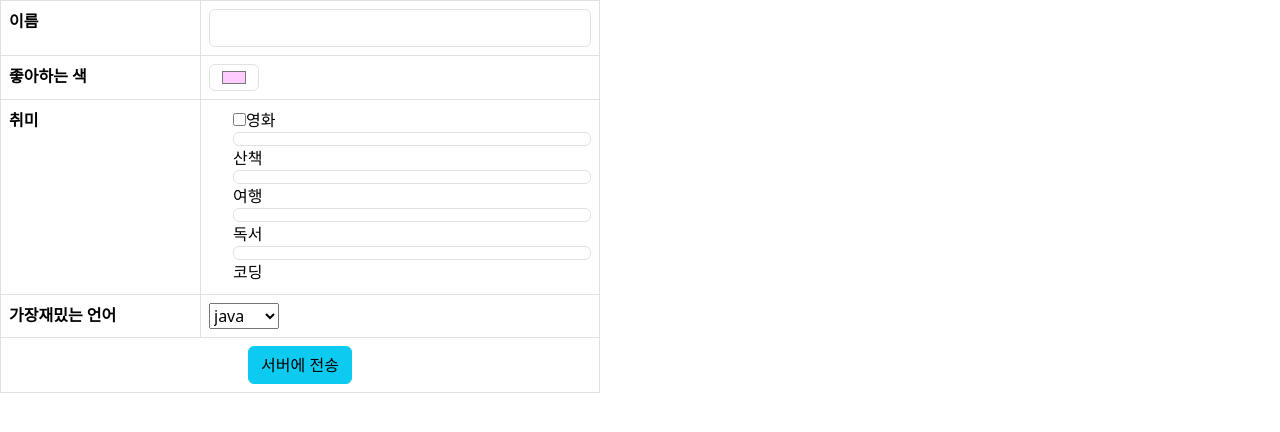
Repository: UZCHA/Sist0103Project
Page: http://localhost/SpringMvcTest/WEB-INF/info/infoform.jsp
An editor plug-in stored every save of this project. The page is shown before and after the next save, followed by the edit.
The browser window is 1280 px wide. The pictures show the whole page.
Some web fonts or font styles are not loaded; a fallback is used. The page is served by Tomcat 9. Nobody is signed in. The template is opened directly, without the code that normally fills it, so the values that code supplies are empty.

Above is the page before, as saved 2024-05-07 01:12:39.

### sts3work/SpringMvcTest/src/main/webapp/WEB-INF/info/infoform.jsp
<%@ page language="java" contentType="text/html; charset=utf-8"
    pageEncoding="utf-8"%>
<%@ taglib prefix="c" uri="http://java.sun.com/jsp/jstl/core" %>
<%@ taglib prefix="fmt" uri="http://java.sun.com/jsp/jstl/fmt" %>
<!DOCTYPE html>
<html>
<head>
<meta charset="UTF-8">
<link href="https://cdn.jsdelivr.net/npm/bootstrap@5.3.2/dist/css/bootstrap.min.css" rel="stylesheet">
<link href="https://fonts.googleapis.com/css2?family=Dongle&family=Gaegu&family=Nanum+Pen+Script&family=Noto+Sans+KR:wght@100..900&family=Noto+Serif+KR&display=swap" rel="stylesheet">
<script src="https://code.jquery.com/jquery-3.7.0.js"></script>
<title>Insert title here</title>
</head>
<body>
	<form action="" method="post">
		<table class="table table-bordered" style="width: 600px;">
			<tr>
				<th width="200">이름</th>
				<td>
					<input type="text" name="name" class="form-control">
				</td>
			</tr>
			<tr>
				<th>좋아하는 색</th>
				<td>
					<input type="color" name="color" class="form-control"
					value="#ffccff" style="width: 50px;">
				</td>
			</tr>
			<tr>
				<th>취미</th>
				<td>
				<div class="form-check">
					<input type="checkbox" name="hobby"
					value="영화">영화
					<input type="checkbox" name="hobby" class="form-control"
					value="산책">산책
					<input type="checkbox" name="hobby" class="form-control"
					value="여행">여행
					<input type="checkbox" name="hobby" class="form-control"
					value="독서">독서
					<input type="checkbox" name="hobby" class="form-control"
					value="코딩">코딩
				</div>
				</td>
			</tr>
			<tr>
				<th>가장재밌는 언어</th>
				<td>
					<select name="lang">
						<option value="java">java</option>
						<option value="html">html</option>
						<option value="ajax">ajax</option>
						<option value="spring">spring</option>
					</select>
				</td>
			</tr>
			<tr>
				<td colspan="2" align="center">
				<button type="submit" class="btn btn-info">서버에 전송</button>
				</td>
			</tr>
		</table>
	</form>
</body>
</html>

After the next save:
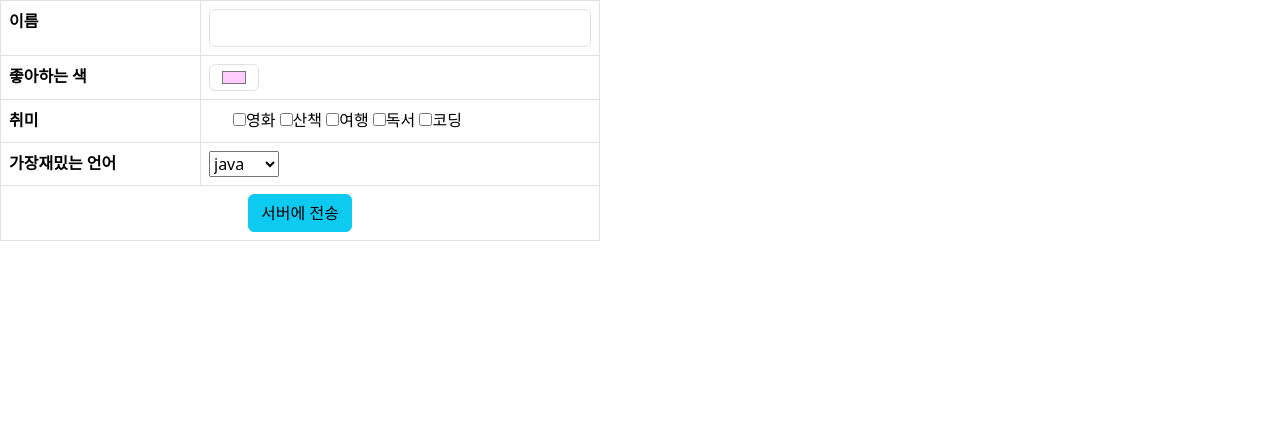
Saved 12 s later.
--- a/sts3work/SpringMvcTest/src/main/webapp/WEB-INF/info/infoform.jsp
+++ b/sts3work/SpringMvcTest/src/main/webapp/WEB-INF/info/infoform.jsp
@@ -33,13 +33,13 @@
 				<div class="form-check">
 					<input type="checkbox" name="hobby"
 					value="영화">영화
-					<input type="checkbox" name="hobby" class="form-control"
+					<input type="checkbox" name="hobby"
 					value="산책">산책
-					<input type="checkbox" name="hobby" class="form-control"
+					<input type="checkbox" name="hobby"
 					value="여행">여행
-					<input type="checkbox" name="hobby" class="form-control"
+					<input type="checkbox" name="hobby"
 					value="독서">독서
-					<input type="checkbox" name="hobby" class="form-control"
+					<input type="checkbox" name="hobby"
 					value="코딩">코딩
 				</div>
 				</td>
